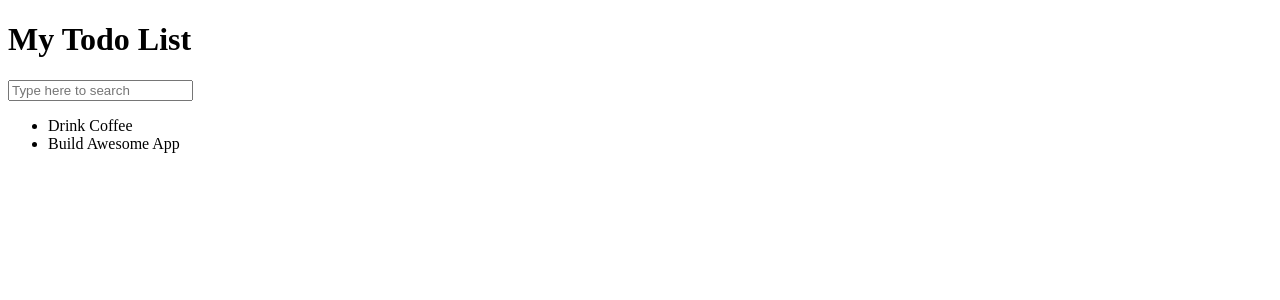
Repository: max535/react-todo-list
Page: /
The author's editor kept a copy of each file at every save. The page is drawn from the files as they stood at one save, then again after the next save.
The browser window is 1280 px wide. The pictures show the whole page.
The project was rebuilt for these pictures with package versions that can differ from the ones it lists, and the page was loaded fresh each time.

Above is the page before, as saved 2022-01-15 21:13:15.

### public/index.html
<!DOCTYPE html>
<html>
  <head>
    <meta charset="utf-8" />
    <meta
      name="viewport"
      content="width=device-width, initial-scale=1" />
    <title>Todo App</title>
  </head>
  <body>
      <div id="root"></div>
  </body>
</html>

### src/index.js
import React from 'react';
import ReactDOM from 'react-dom';

const ToddList = () => {
    const items = ['Drink Coffee', 'Build Awesome App'];

    return (
        <ul>
            <li>{items[0]}</li>
            <li>{items[1]}</li>
        </ul>
    );
}

const AppHeader = () => {
    return <h1>My Todo List</h1>;
}

const SearchPanel = () => {
    const searchText = 'Type here to search';
    const searchStyle = {
        fonrSize: '25px'
    }

    return <input style={searchStyle} placeholder={searchText} />;
}

const App = () => {
    return (
        <div>
            <AppHeader />
            <SearchPanel />
            <ToddList />
        </div>
    );
}

ReactDOM.render(
    <App />,
    document.getElementById('root')
);

After the next save:
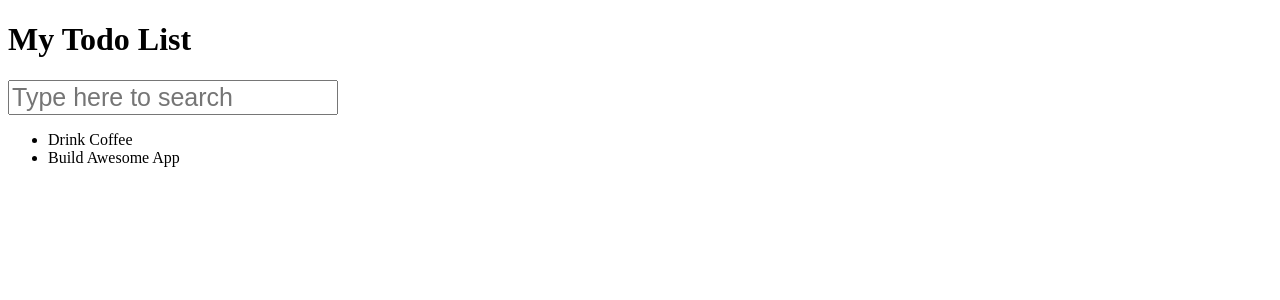
Saved 6 s later.
--- a/src/index.js
+++ b/src/index.js
@@ -19,7 +19,7 @@ const AppHeader = () => {
 const SearchPanel = () => {
     const searchText = 'Type here to search';
     const searchStyle = {
-        fonrSize: '25px'
+        fontSize: '25px'
     }
 
     return <input style={searchStyle} placeholder={searchText} />;
